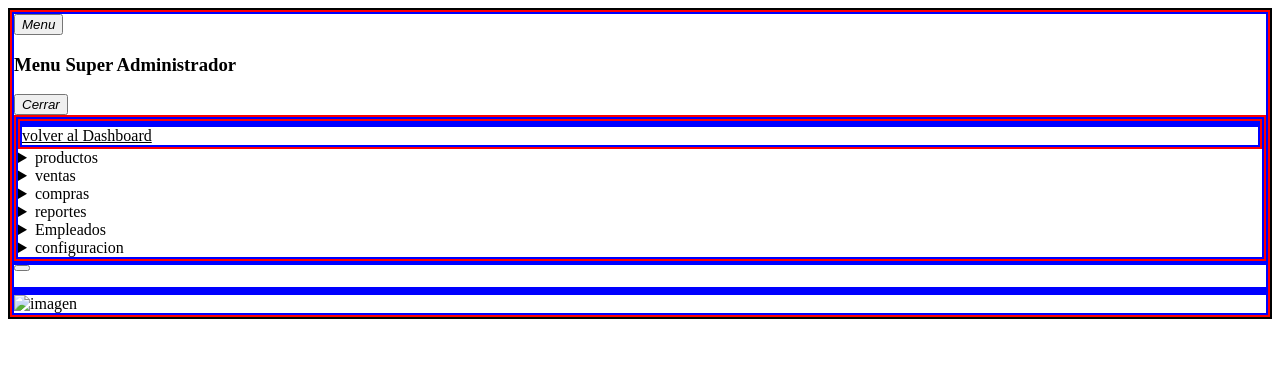
Repository: Rafa-x64/Gestion_inventario_practica
Page: http://localhost/Gestion_inventario/view/includes/header-admin.php
The author's editor kept a copy of each file at every save. The page is drawn from the files as they stood at one save, then again after a run of saves.
The browser window is 1280 px wide. The pictures show the whole page.
The page is run by PHP 8.4 with error messages shown; the project is at /var/www/html/.

Above is the page before, as saved 2025-08-07 14:11:06.

After the next 10 saves:
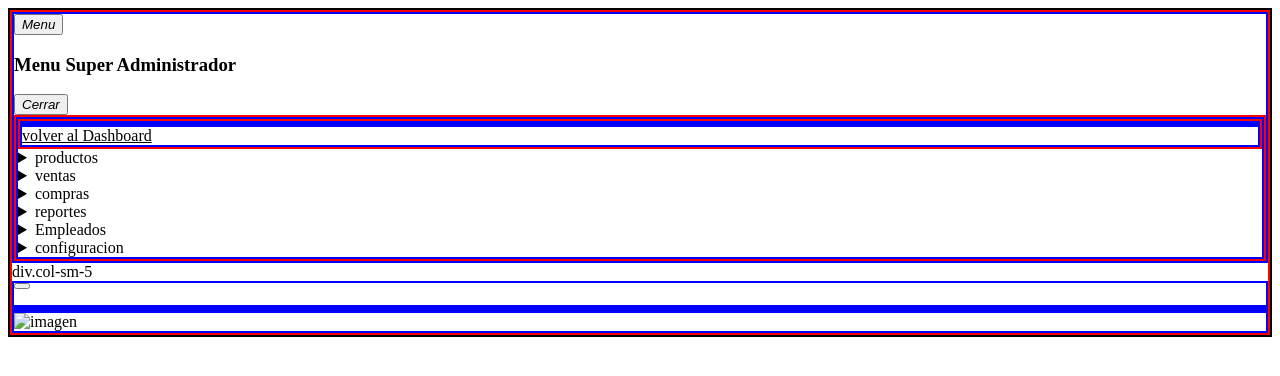
The 10 saves are shown as one change because they came seconds apart.
The last was saved 63 s later.
--- a/view/includes/header-admin.php
+++ b/view/includes/header-admin.php
@@ -334,6 +334,7 @@
             </div>
         </div>
         <!--parte derecha del menu-->
+        div.col-sm-5
         <div class="col-sm-1 col-lg-1 text-center">
             <form action="" method="post">
                 <input type="hidden" name="cerrar_sesion" value="cerrar_sesion">
